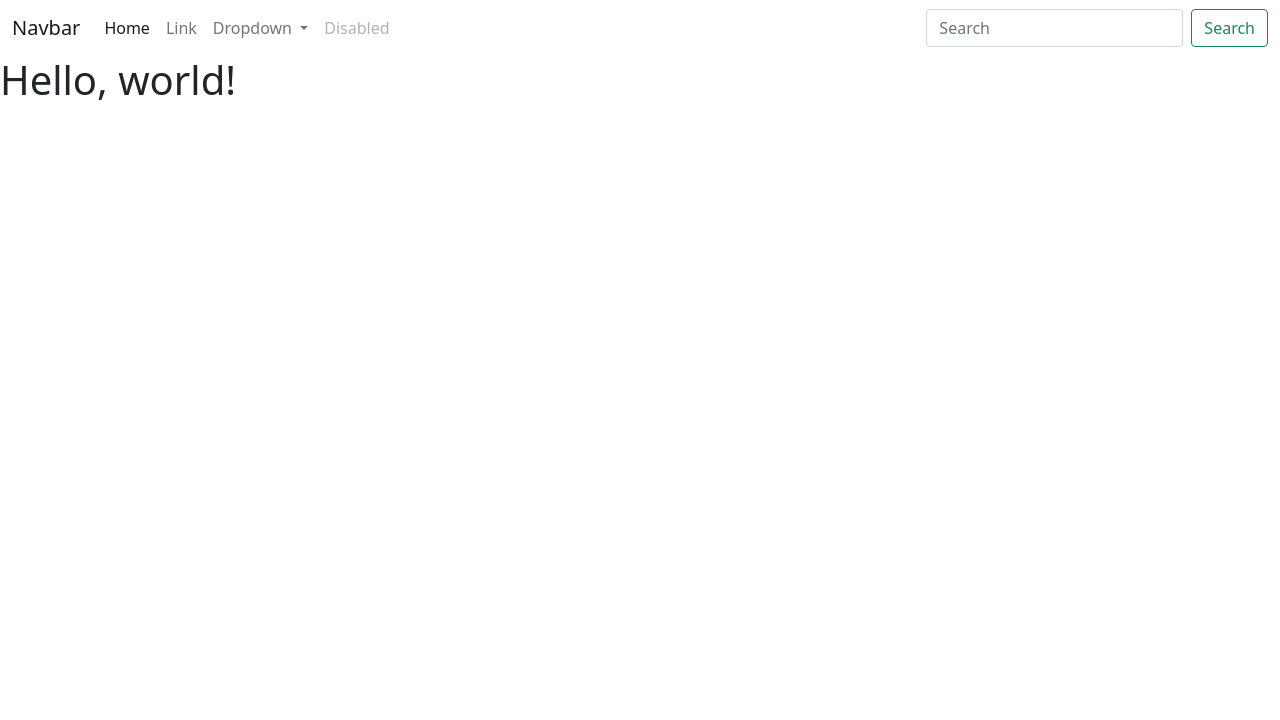
Repository: Rio-dapp/colors-nft
Page: website/index.html
These files come from the project's save history. The page is drawn as it stood at one moment and after the next save; the edit follows.
The browser window is 1280 px wide. The pictures show the whole page.

Above is the page before, as saved 2022-04-22 11:38:54.

After the next save:
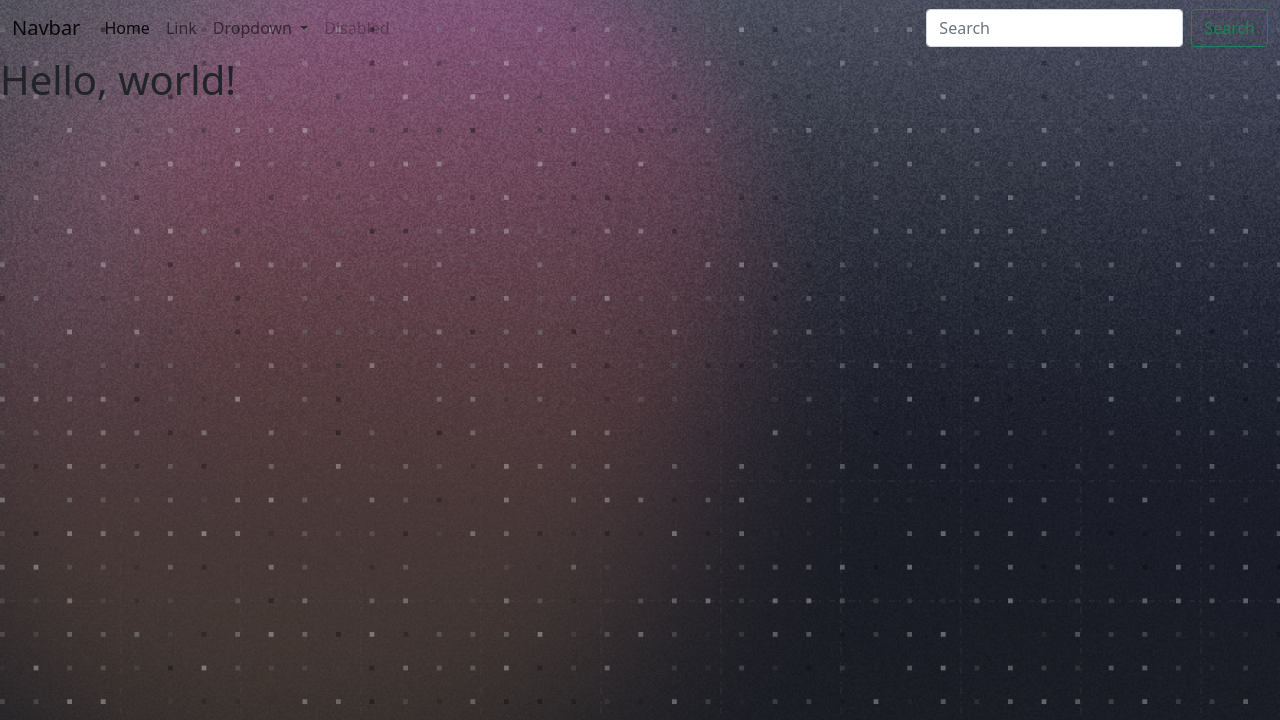
Saved 20 s later.
--- a/website/index.html
+++ b/website/index.html
@@ -11,7 +11,7 @@
 
     <title>Hello, world!</title>
   </head>
-  <body class="test">
+  <body class="background">
     <nav class="navbar navbar-expand-lg navbar-light">
         <div class="container-fluid">
           <a class="navbar-brand" href="#">Navbar</a>
